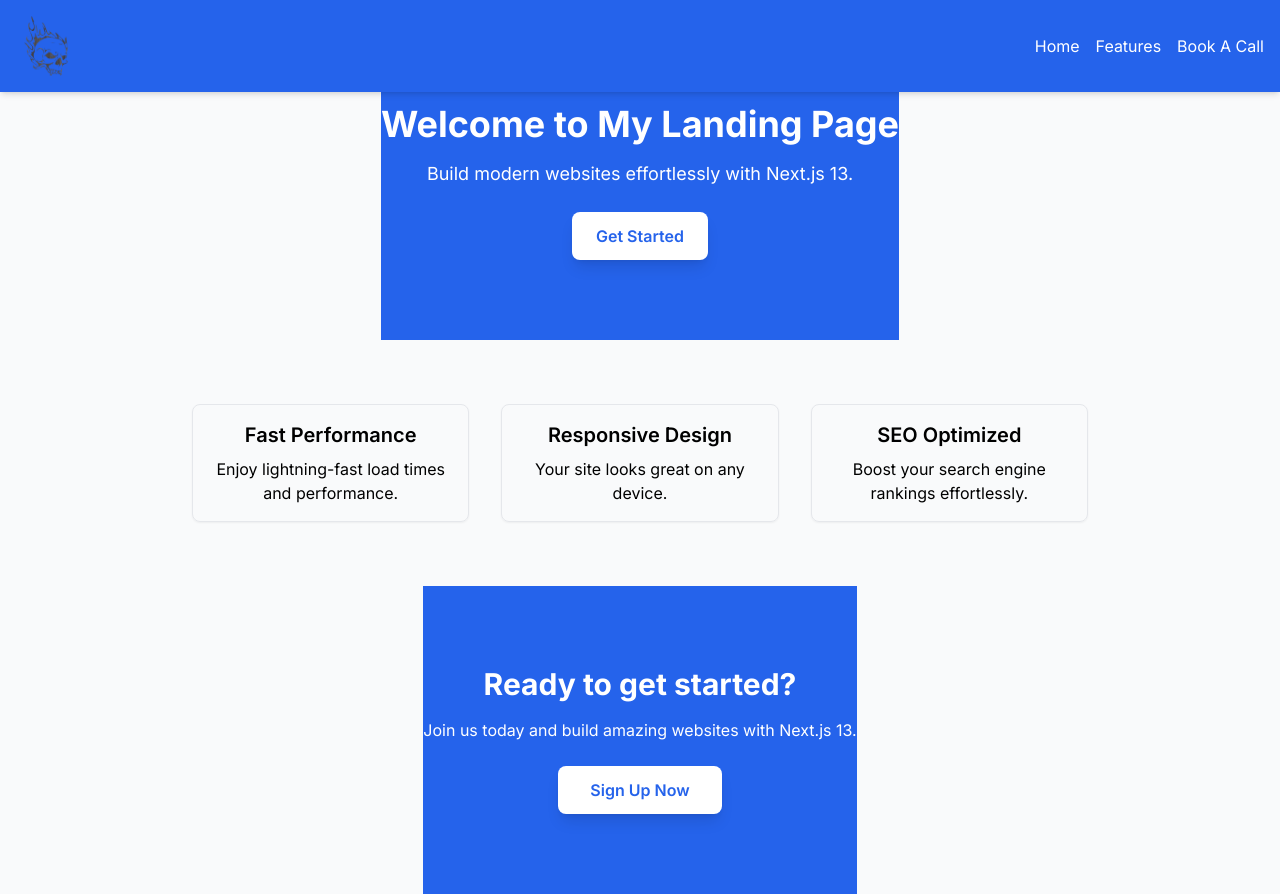
Repository: TheSecretlifeOfX/landing1
Page: /
An editor plug-in stored every save of this project. The page is shown before and after the next save, followed by the edit.
The browser window is 1280 px wide. The pictures show the whole page.
The project was rebuilt for these pictures with package versions that can differ from the ones it lists, and the page was loaded fresh each time. The framework's server and built-in components were replaced by stand-ins that run in the browser. Also part of the build but not shown: next.config.js.

Above is the page before, as saved 2024-11-13 22:13:05.

After the next save:
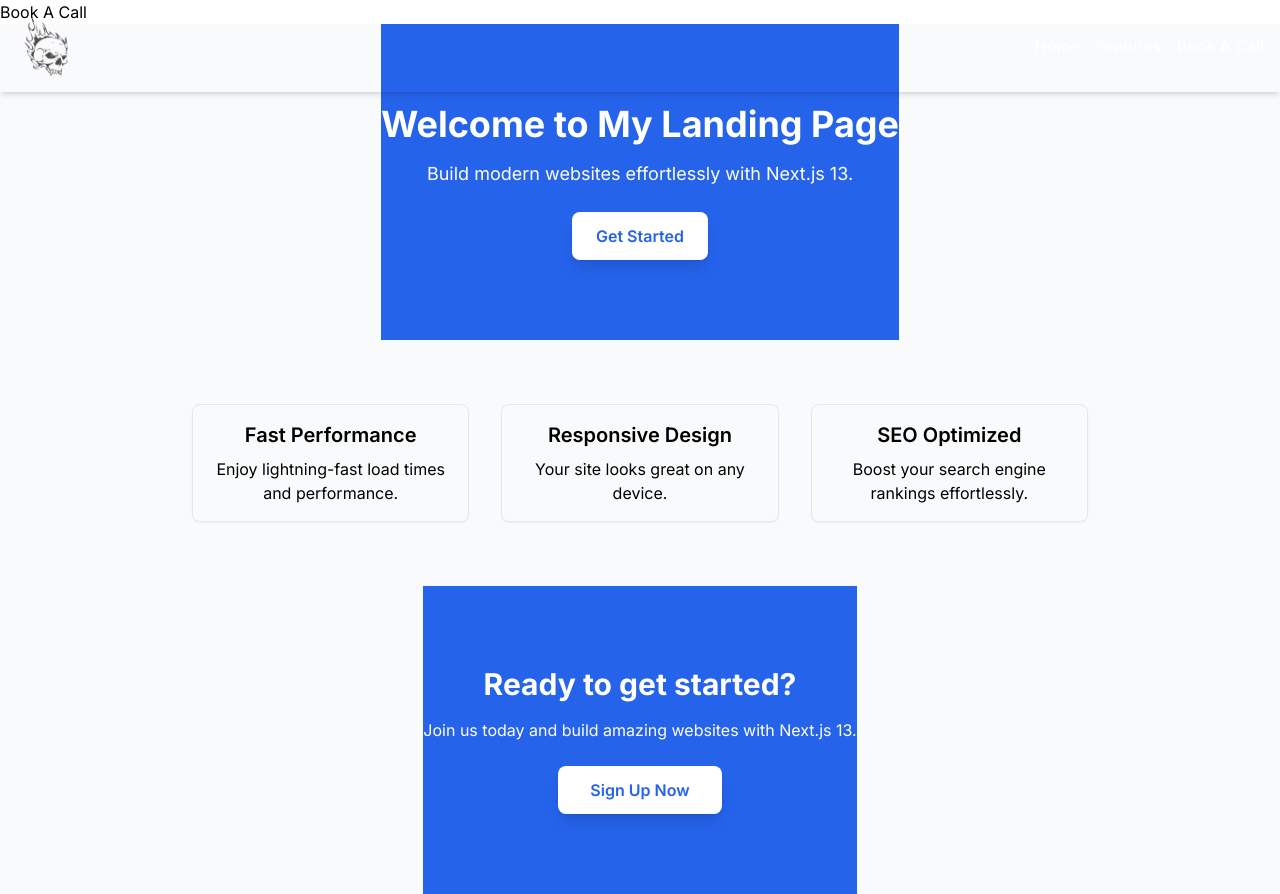
Saved 5 min 7 s later.
--- a/app/components/Navbar.tsx
+++ b/app/components/Navbar.tsx
@@ -5,7 +5,7 @@ import Image from "next/image";
 
 export default function Navbar() {
   return (
-    <nav className="fixed top-0 left-0 w-full bg-blue-600 p-4 text-white shadow-md z-50">
+    <nav className="fixed top-0 left-0 w-full bg-grey-200 p-4 text-white shadow-md z-50">
       <div className="container mx-auto flex justify-between items-center">
         <div className="text-2xl font-bold">
           <Link href="/">
